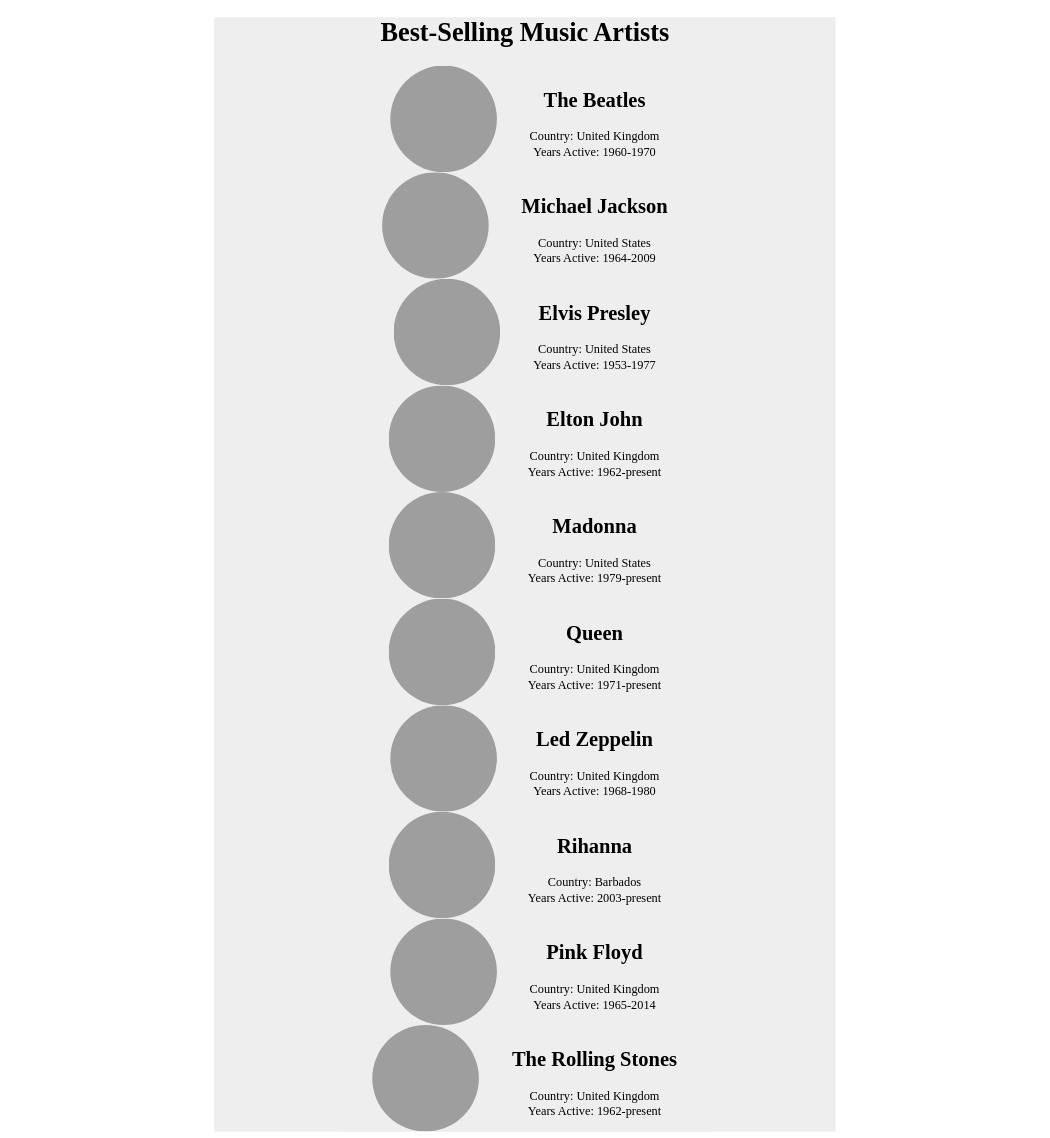
Repository: SamanthaYan298/my_artists
Page: /
An editor plug-in stored every save of this project. The page is shown before and after the next save, followed by the edit.
The browser window is 1280 px wide. The pictures show the whole page, at 82% of full size.
Pictures or frames that could not be fetched are drawn as grey boxes. The project was rebuilt for these pictures with package versions that can differ from the ones it lists, and the page was loaded fresh each time. Also part of the build but not shown: vite.config.js.

Above is the page before, as saved 2024-09-16 18:20:20.

After the next save:
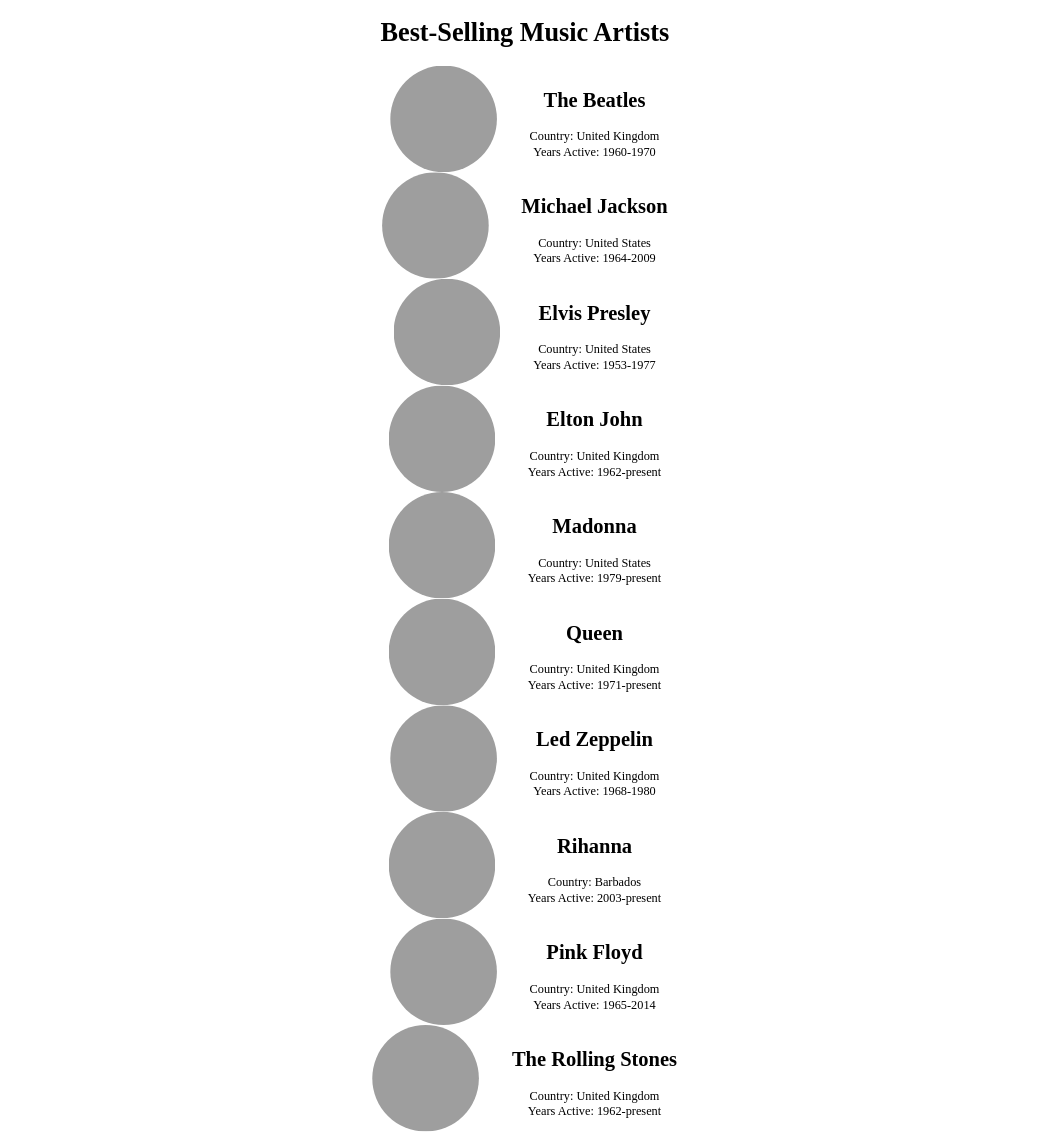
Saved 6 s later.
--- a/src/index.css
+++ b/src/index.css
@@ -1,9 +1,6 @@
 .layout {
     align-items: center;
     text-align: center;
-    width: 60%;
-    background-color: #eee;
-    margin: 0 auto;
 }
 
 .main-containter {
@@ -13,9 +10,6 @@
     gap: 40px;
     line-height: 4px;
     font-size: 15px;
-    width: 60%;
-    background-color: #eee;
-    margin: 0 auto;
 }
 
 .names {
